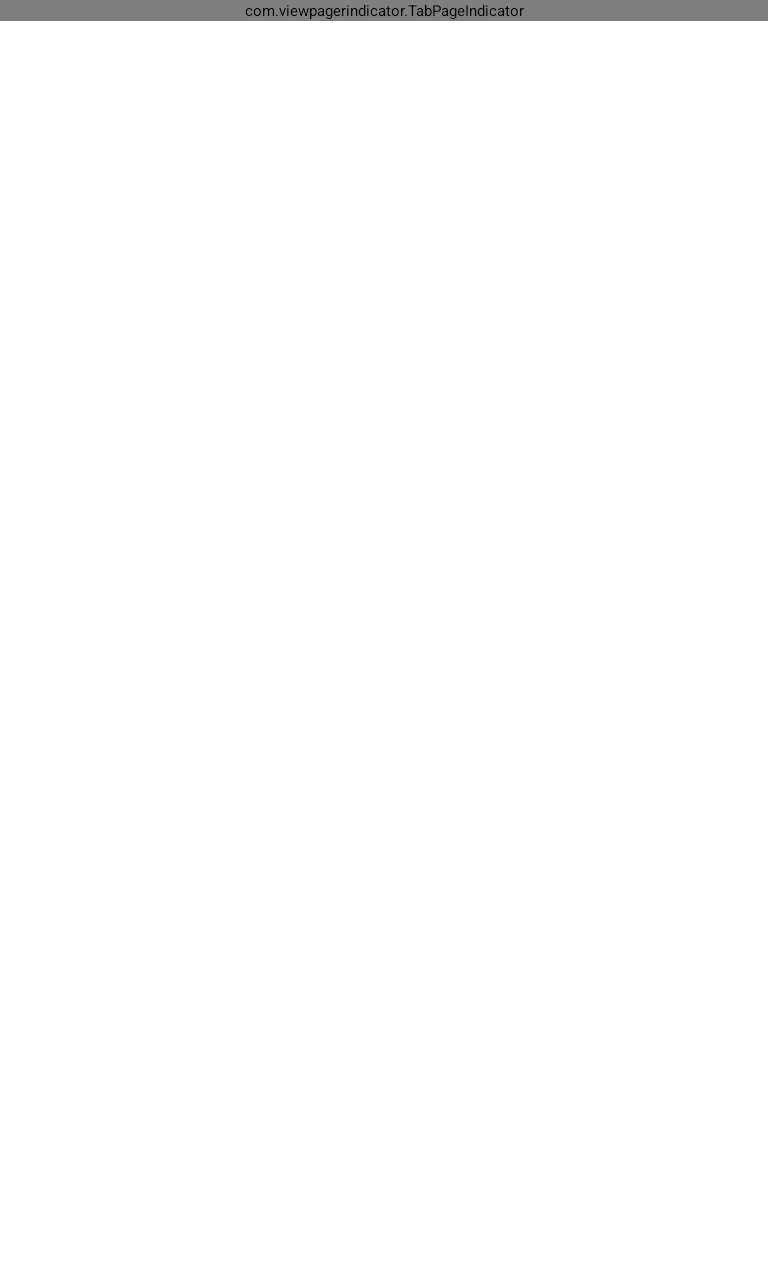
Repository: jnolascob/Whatsapp-Clone
Layout: Whatsapp/res/layout/activity_main.xml
The author's editor kept a copy of each file at every save. The layout is drawn from the files as they stood at one save, then again after the next save.
Pictures or frames that could not be fetched are drawn as grey boxes. It is drawn on a 768 x 1280 px phone screen (xhdpi) without system bars, with theme Theme.Sherlock.Light; the app's code is not run. Lists and similar views that code fills are empty.

Above is the layout before, as saved 2014-01-08 18:23:52.

After the next save:
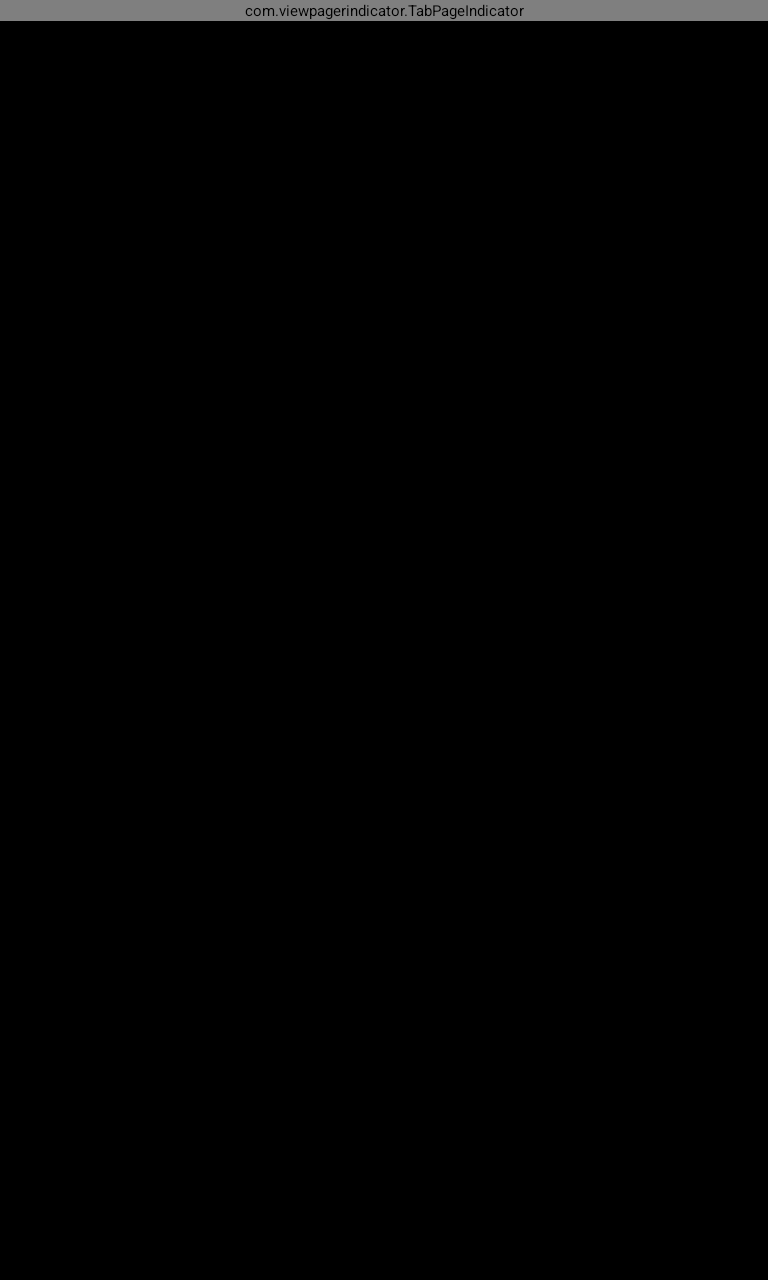
Saved 15 s later.
--- a/Whatsapp/res/layout/activity_main.xml
+++ b/Whatsapp/res/layout/activity_main.xml
@@ -12,11 +12,18 @@
         />
 
     <android.support.v4.view.ViewPager
-        android:id="@+id/pager"
+         android:id="@+id/indicator"
+        android:padding="10dip"
+        android:layout_height="wrap_content"
         android:layout_width="fill_parent"
-        android:layout_height="0dp"
-        android:layout_weight="1"
-        app:footerColor="#000000"
+        android:background="#000000"
+        android:textColor="#2FB3E3"
+        app:footerColor="#2FB3E3"
+        app:footerLineHeight="1dp"
+        app:footerIndicatorHeight="3dp"
+        app:footerIndicatorStyle="underline"
+        app:selectedColor="#FFFFFF"
+        app:selectedBold="true"
         />
 
 </LinearLayout>

After the 2 saves that followed:
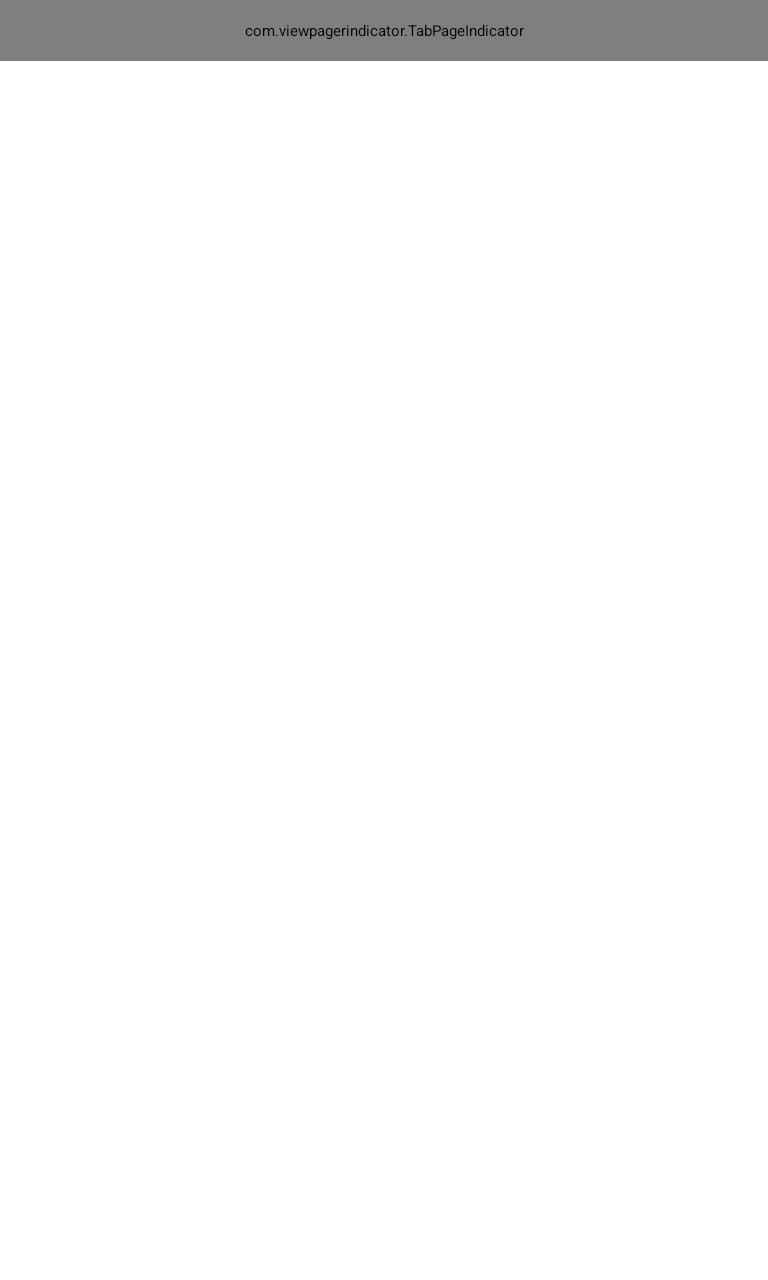
The 2 saves are shown as one change because 1 did not build or start.
The last was saved 49 s later.
--- a/Whatsapp/res/layout/activity_main.xml
+++ b/Whatsapp/res/layout/activity_main.xml
@@ -7,12 +7,6 @@
 
     <com.viewpagerindicator.TabPageIndicator
         android:id="@+id/indicator"
-        android:layout_height="wrap_content"
-        android:layout_width="fill_parent"
-        />
-
-    <android.support.v4.view.ViewPager
-         android:id="@+id/indicator"
         android:padding="10dip"
         android:layout_height="wrap_content"
         android:layout_width="fill_parent"
@@ -26,4 +20,11 @@
         app:selectedBold="true"
         />
 
+    <android.support.v4.view.ViewPager
+        android:id="@+id/pager"
+        android:layout_width="fill_parent"
+        android:layout_height="0dp"
+        android:layout_weight="1"
+        />
+
 </LinearLayout>
